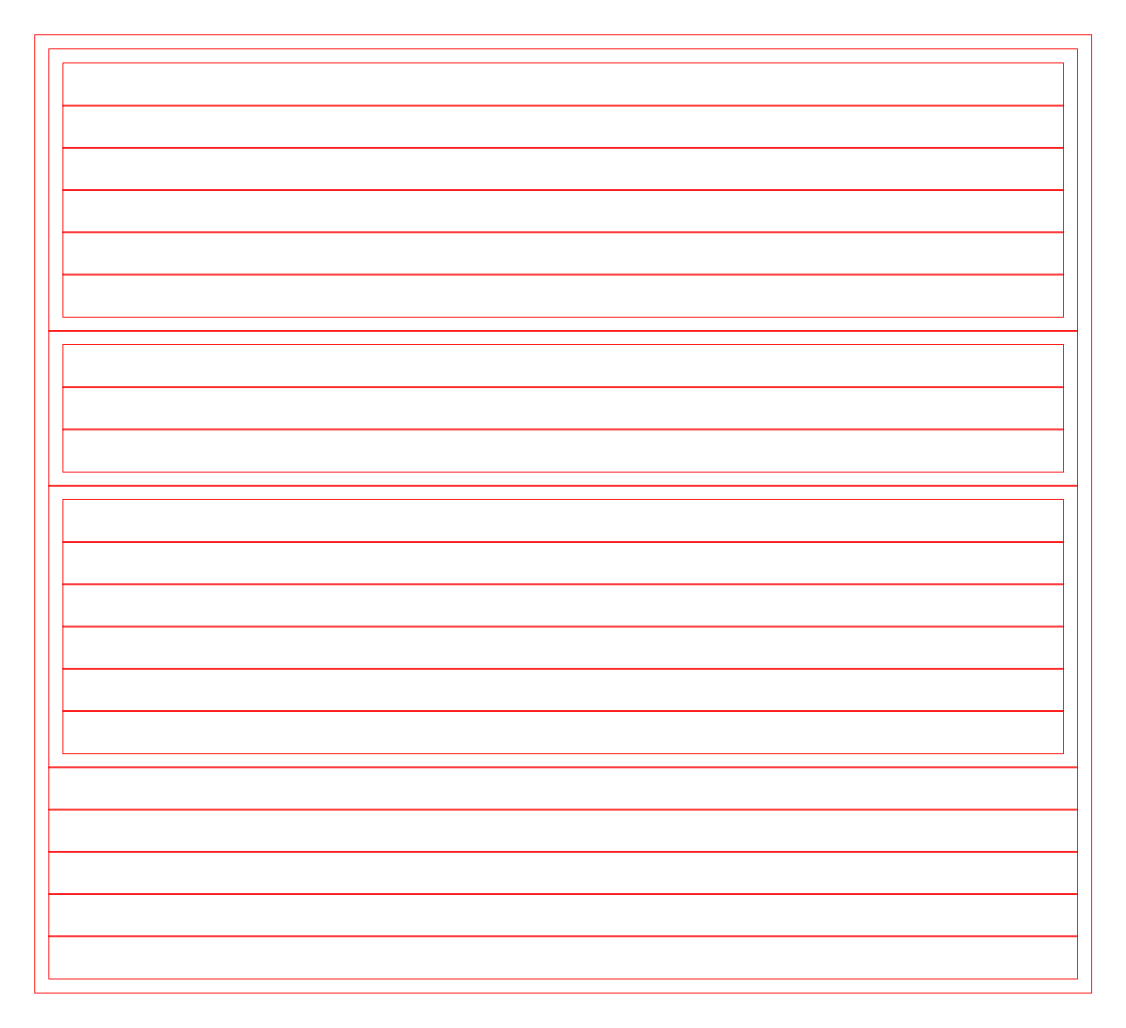
Repository: JacobSkilling-dot/Project1-Blog
Page: Week3-Blog.html
These files come from the project's save history. The page is drawn as it stood at one moment and after the next save; the edit follows.
The browser window is 1280 px wide. The pictures show the whole page, at 88% of full size.

Above is the page before, as saved 2023-01-18 16:39:46.

### Week3-Blog.html
<!DOCTYPE html>
<html lang="en">
<head>
    <meta charset="UTF-8">
    <meta http-equiv="X-UA-Compatible" content="IE=edge">
    <meta name="viewport" content="width=device-width, initial-scale=1.0">
    <title>Website Template</title>
    <link rel="stylesheet" href="style.css">
</head>
<body>

<div class="main-content">

<div class="header-content">
        <div class="logo"></div>
        <div class="search-bar"></div>
        <div class="social1"></div>
        <div class="social2"></div>
        <div class="social3"></div>
        <div class="pages"></div>
        </div>

    <div class="header-images">
        <div class="large-img1"></div>
        <div class="large-img2"></div>
        <div class="large-img3"></div>
        </div>

    <div class="body">
        <div class="header1"></div>
        <div class="body-text1"></div>
        <div class="body-footer1"></div>


        <div class="header2"></div>
        <div class="body-text2"></div>
        <div class="body-footer2"></div>


</div>

    <div class="sidebar1"></div>
    <div class="sidebar2"></div>
    <div class="sidebar3"></div>
    <div class="sidebar4"></div>


        <div class="footer"></div>

        </div>
    </div>

</body>
</html>

### style.css
* {
    outline: 1px solid rgb(255, 0, 0);
    padding: 1rem;
    min-height: 1rem;
}

html, body, grammarly-desktop-integration {
    outline: none;
}

After the next save:
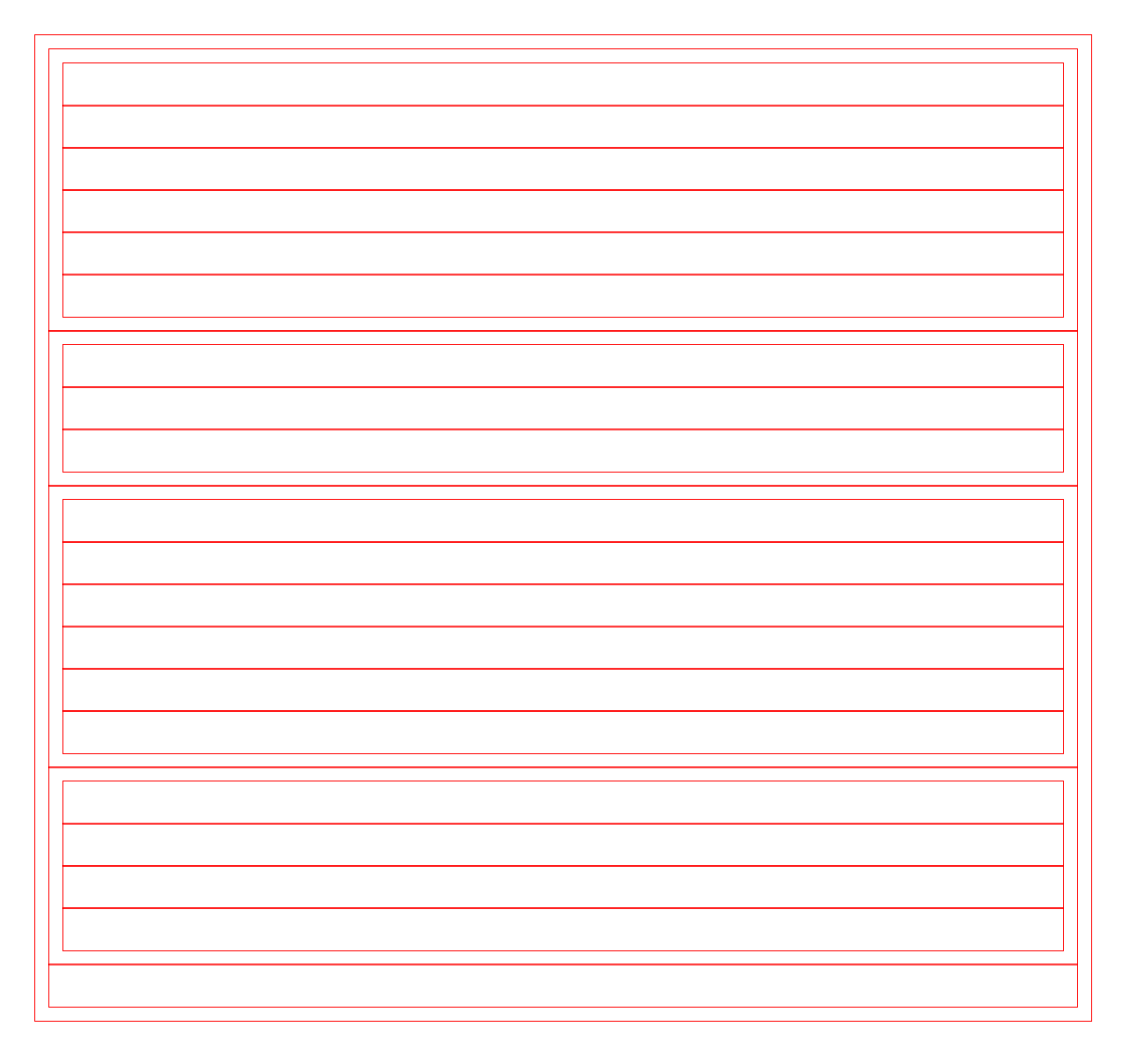
Saved 2 min 5 s later.
--- a/Week3-Blog.html
+++ b/Week3-Blog.html
@@ -1,5 +1,6 @@
 <!DOCTYPE html>
 <html lang="en">
+
 <head>
     <meta charset="UTF-8">
     <meta http-equiv="X-UA-Compatible" content="IE=edge">
@@ -7,48 +8,49 @@
     <title>Website Template</title>
     <link rel="stylesheet" href="style.css">
 </head>
+
 <body>
 
-<div class="main-content">
+    <div class="main-content">
 
-<div class="header-content">
-        <div class="logo"></div>
-        <div class="search-bar"></div>
-        <div class="social1"></div>
-        <div class="social2"></div>
-        <div class="social3"></div>
-        <div class="pages"></div>
+        <div class="header-content">
+            <div class="logo"></div>
+            <div class="search-bar"></div>
+            <div class="social1"></div>
+            <div class="social2"></div>
+            <div class="social3"></div>
+            <div class="pages"></div>
         </div>
 
-    <div class="header-images">
-        <div class="large-img1"></div>
-        <div class="large-img2"></div>
-        <div class="large-img3"></div>
+        <div class="header-images">
+            <div class="large-img1"></div>
+            <div class="large-img2"></div>
+            <div class="large-img3"></div>
         </div>
 
-    <div class="body">
-        <div class="header1"></div>
-        <div class="body-text1"></div>
-        <div class="body-footer1"></div>
+        <div class="body">
+            <div class="header1"></div>
+            <div class="body-text1"></div>
+            <div class="body-footer1"></div>
 
+            <div class="header2"></div>
+            <div class="body-text2"></div>
+            <div class="body-footer2"></div>
+        </div>
 
-        <div class="header2"></div>
-        <div class="body-text2"></div>
-        <div class="body-footer2"></div>
-
-
-</div>
-
-    <div class="sidebar1"></div>
-    <div class="sidebar2"></div>
-    <div class="sidebar3"></div>
-    <div class="sidebar4"></div>
+        <div class="sidebar">
+        <div class="sidebar-text1"></div>
+        <div class="sidebar-text2"></div>
+        <div class="sidebar-text3"></div>
+        <div class="sidebar-text4"></div>
+        </div>
 
 
         <div class="footer"></div>
 
-        </div>
+    </div>
     </div>
 
 </body>
+
 </html>
